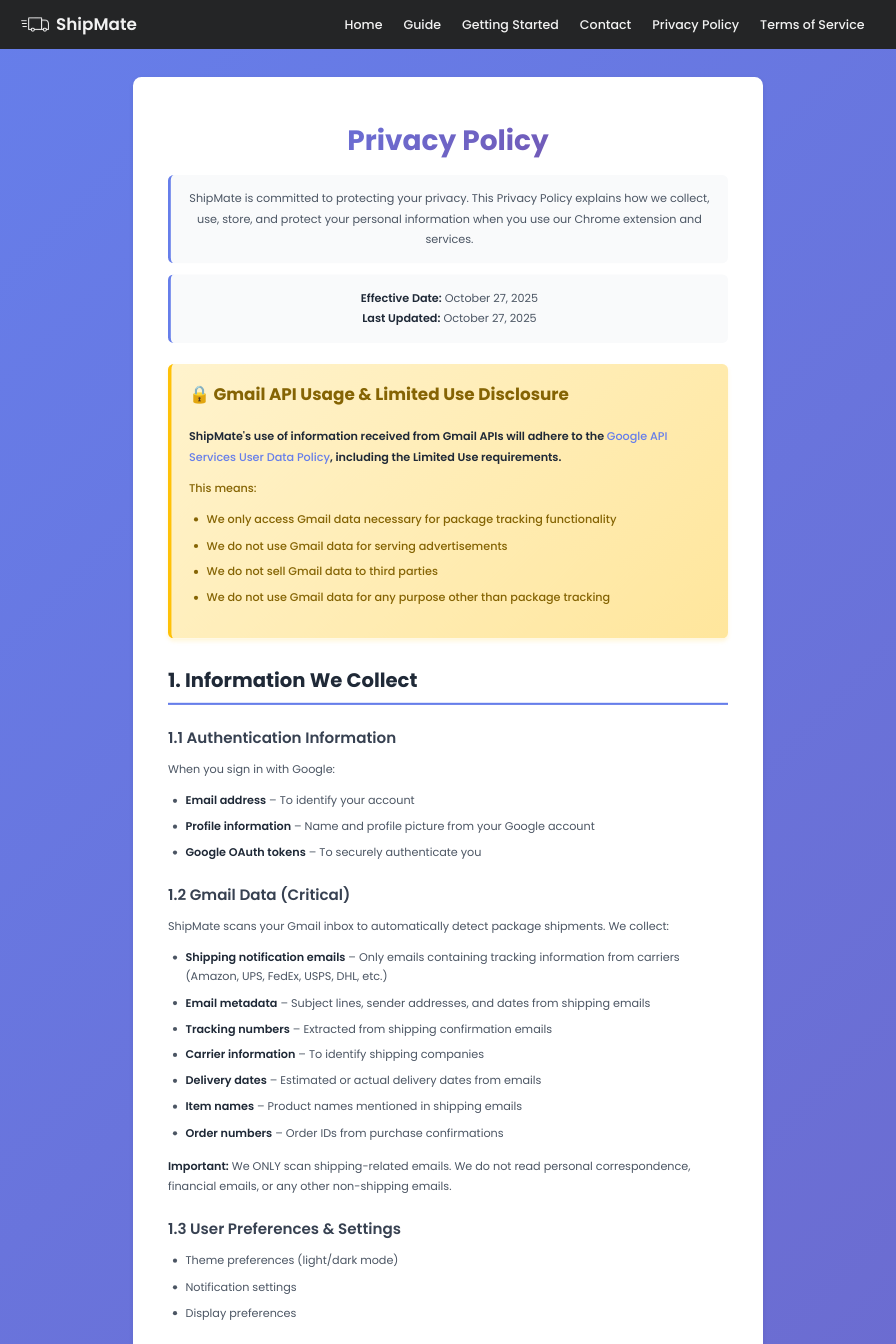
Repository: epeguero8311/shipmate-website
Page: privacy.html
These files come from the project's save history. The page is drawn as it stood at one moment and after the next save; the edit follows.
The browser window is 1280 px wide. The pictures show the part of the page from y = 0 to 1920 px (the page is 7901 px tall), at 70% of full size.

Above is the page before, as saved 2025-12-13 15:29:59.

### privacy.html
<!DOCTYPE html>
<html lang="en">
<head>
  <meta charset="UTF-8">
  <meta name="viewport" content="width=device-width, initial-scale=1.0">
  <title>ShipMate – Privacy Policy</title>
  <link rel="icon" href="assets/icons/icon.png" type="image/png" />
  <link href="https://fonts.googleapis.com/css2?family=Poppins:wght@200;300;400;500;600;700&display=swap" rel="stylesheet">
  <link rel="stylesheet" href="https://cdnjs.cloudflare.com/ajax/libs/font-awesome/5.15.3/css/all.min.css"/>
  <link rel="stylesheet" href="styles/styles.css">
  <style>
    /* Legal Page Specific Styles */
    .legal-content {
      max-width: 900px;
      margin: 40px auto;
      background: white;
      padding: 60px 50px;
      box-shadow: 0 2px 8px rgba(0, 0, 0, 0.08);
      border-radius: 12px;
    }

    .legal-content h1 {
      font-size: 2.5rem;
      font-weight: 700;
      color: #111827;
      margin-bottom: 20px;
      text-align: center;
      background: linear-gradient(135deg, #667eea 0%, #764ba2 100%);
      -webkit-background-clip: text;
      -webkit-text-fill-color: transparent;
      background-clip: text;
    }

    .legal-content h2 {
      font-size: 1.75rem;
      font-weight: 700;
      color: #1F2937;
      margin-top: 40px;
      margin-bottom: 20px;
      padding-bottom: 10px;
      border-bottom: 3px solid #667eea;
    }

    .legal-content h3 {
      font-size: 1.35rem;
      font-weight: 600;
      color: #374151;
      margin-top: 30px;
      margin-bottom: 15px;
    }

    .legal-content p {
      font-size: 1rem;
      color: #4B5563;
      margin-bottom: 16px;
      line-height: 1.8;
    }

    .legal-content ul,
    .legal-content ol {
      margin-left: 25px;
      margin-bottom: 20px;
      color: #4B5563;
    }

    .legal-content li {
      margin-bottom: 10px;
      line-height: 1.7;
    }

    .legal-content strong {
      color: #1F2937;
      font-weight: 600;
    }

    .intro {
      font-size: 1.1rem;
      color: #6B7280;
      text-align: center;
      margin-bottom: 30px;
      padding: 20px;
      background: #F9FAFB;
      border-radius: 8px;
      border-left: 4px solid #667eea;
    }

    section {
      margin-bottom: 40px;
    }

    .highlight {
      background: linear-gradient(135deg, #FFF3CD 0%, #FFE69C 100%);
      border-left: 5px solid #FFC107;
      padding: 25px;
      margin: 30px 0;
      border-radius: 8px;
      box-shadow: 0 4px 6px rgba(255, 193, 7, 0.15);
    }

    .highlight h2 {
      margin-top: 0;
      color: #856404;
      border-bottom: none;
      font-size: 1.5rem;
    }

    .highlight p,
    .highlight ul {
      color: #856404;
      font-weight: 500;
    }

    .highlight a {
      color: #667eea;
      font-weight: 600;
      text-decoration: underline;
    }

    .highlight a:hover {
      color: #5568d3;
    }

    .legal-content a {
      color: #667eea;
      text-decoration: none;
      font-weight: 500;
      transition: all 0.2s ease;
    }

    .legal-content a:hover {
      color: #764ba2;
      text-decoration: underline;
    }

    .last-updated {
      text-align: center;
      font-style: italic;
      color: #9CA3AF;
      font-size: 0.95rem;
      margin-top: 50px;
      padding-top: 30px;
      border-top: 2px solid #E5E7EB;
    }

    .legal-content ol {
      counter-reset: item;
      list-style-type: none;
      margin-left: 0;
      padding-left: 0;
    }

    .legal-content ol > li {
      counter-increment: item;
      padding-left: 35px;
      position: relative;
    }

    .legal-content ol > li:before {
      content: counter(item) ".";
      position: absolute;
      left: 0;
      top: 0;
      color: #667eea;
      font-weight: 700;
      font-size: 1.1rem;
    }

    @media (max-width: 768px) {
      .legal-content {
        padding: 40px 25px;
        margin: 20px 15px;
      }

      .legal-content h1 {
        font-size: 2rem;
      }

      .legal-content h2 {
        font-size: 1.5rem;
      }

      .legal-content h3 {
        font-size: 1.2rem;
      }
    }

    @media (max-width: 480px) {
      .legal-content {
        padding: 30px 20px;
        margin: 15px 10px;
      }

      .legal-content h1 {
        font-size: 1.75rem;
      }

      .legal-content h2 {
        font-size: 1.35rem;
      }

      .legal-content h3 {
        font-size: 1.1rem;
      }

      .legal-content p,
      .legal-content li {
        font-size: 0.95rem;
      }

      .intro {
        font-size: 1rem;
        padding: 15px;
      }

      .highlight {
        padding: 20px;
      }
    }
  </style>
</head>
<body>

  <!-- NAVIGATION -->
  <nav>
    <div class="wrapper">
      <div class="logo">
        <a href="index.html">
          <img src="assets/icons/icon.png" alt="ShipMate Logo" class="nav-logo-img" />
          ShipMate
        </a>
      </div>
      <input type="radio" name="slider" id="menu-btn">
      <input type="radio" name="slider" id="close-btn">
      <ul class="nav-links">
        <label for="close-btn" class="btn close-btn"><i class="fas fa-times"></i></label>
        <li><a href="index.html">Home</a></li>
        <li><a href="gmail-package-tracker.html">Guide</a></li>
        <li><a href="help.html">Getting Started</a></li>
        <li><a href="contact.html">Contact</a></li>
        <li><a href="privacy.html">Privacy Policy</a></li>
        <li><a href="terms.html">Terms of Service</a></li>
      </ul>
      <label for="menu-btn" class="btn menu-btn"><i class="fas fa-bars"></i></label>
    </div>
  </nav>

  <main class="legal-content">
    <h1>Privacy Policy</h1>
    <p class="intro">
      ShipMate is committed to protecting your privacy. This Privacy Policy explains how we collect, use, store, and protect your personal information when you use our Chrome extension and services.
    </p>
    <p class="intro">
      <strong>Effective Date:</strong> October 27, 2025<br>
      <strong>Last Updated:</strong> October 27, 2025
    </p>

    <!-- CRITICAL: Gmail API Disclosure -->
    <section class="highlight">
      <h2>🔒 Gmail API Usage & Limited Use Disclosure</h2>
      <p><strong>ShipMate's use of information received from Gmail APIs will adhere to the <a href="https://developers.google.com/terms/api-services-user-data-policy" target="_blank">Google API Services User Data Policy</a>, including the Limited Use requirements.</strong></p>
      <p>This means:</p>
      <ul>
        <li>We only access Gmail data necessary for package tracking functionality</li>
        <li>We do not use Gmail data for serving advertisements</li>
        <li>We do not sell Gmail data to third parties</li>
        <li>We do not use Gmail data for any purpose other than package tracking</li>
      </ul>
    </section>

    <section>
      <h2>1. Information We Collect</h2>

      <h3>1.1 Authentication Information</h3>
      <p>When you sign in with Google:</p>
      <ul>
        <li><strong>Email address</strong> – To identify your account</li>
        <li><strong>Profile information</strong> – Name and profile picture from your Google account</li>
        <li><strong>Google OAuth tokens</strong> – To securely authenticate you</li>
      </ul>

      <h3>1.2 Gmail Data (Critical)</h3>
      <p>ShipMate scans your Gmail inbox to automatically detect package shipments. We collect:</p>
      <ul>
        <li><strong>Shipping notification emails</strong> – Only emails containing tracking information from carriers (Amazon, UPS, FedEx, USPS, DHL, etc.)</li>
        <li><strong>Email metadata</strong> – Subject lines, sender addresses, and dates from shipping emails</li>
        <li><strong>Tracking numbers</strong> – Extracted from shipping confirmation emails</li>
        <li><strong>Carrier information</strong> – To identify shipping companies</li>
        <li><strong>Delivery dates</strong> – Estimated or actual delivery dates from emails</li>
        <li><strong>Item names</strong> – Product names mentioned in shipping emails</li>
        <li><strong>Order numbers</strong> – Order IDs from purchase confirmations</li>
      </ul>
      <p><strong>Important:</strong> We ONLY scan shipping-related emails. We do not read personal correspondence, financial emails, or any other non-shipping emails.</p>

      <h3>1.3 User Preferences & Settings</h3>
      <ul>
        <li>Theme preferences (light/dark mode)</li>
        <li>Notification settings</li>
        <li>Display preferences</li>
      </ul>

      <h3>1.4 Payment Information</h3>
      <p>When you subscribe to ShipMate Pro:</p>
      <ul>
        <li><strong>Stripe processes all payments</strong> – We never store your credit card information</li>
        <li><strong>Subscription status</strong> – Active, canceled, or expired</li>
        <li><strong>Billing email</strong> – For receipts and subscription management</li>
      </ul>

      <h3>1.5 Usage Analytics (Non-Personal)</h3>
      <ul>
        <li>Feature usage statistics (e.g., number of packages tracked)</li>
        <li>Error logs and crash reports</li>
        <li>Performance metrics</li>
      </ul>
      <p><strong>Note:</strong> Analytics data is anonymized and cannot be linked to individual users.</p>
    </section>

    <section>
      <h2>2. How We Use Your Information</h2>
      <p>We use your information solely to provide and improve ShipMate services:</p>

      <h3>2.1 Package Tracking</h3>
      <ul>
        <li>Scan Gmail for shipping notifications</li>
        <li>Extract tracking numbers and delivery information</li>
        <li>Display package status in the extension</li>
        <li>Send delivery notifications</li>
      </ul>

      <h3>2.2 AI-Powered Analysis</h3>
      <ul>
        <li>Use Anthropic Claude AI to analyze shipping emails and extract package information</li>
        <li>Email content is processed securely and is not stored by Anthropic</li>
        <li>Only shipping-related information is extracted</li>
      </ul>

      <h3>2.3 Account Management</h3>
      <ul>
        <li>Authenticate your Google account</li>
        <li>Manage your subscription status</li>
        <li>Store your preferences and settings</li>
      </ul>

      <h3>2.4 Service Improvement</h3>
      <ul>
        <li>Analyze anonymized usage patterns to improve features</li>
        <li>Debug errors and improve reliability</li>
        <li>Develop new features based on user needs</li>
      </ul>
    </section>

    <section>
      <h2>3. Third-Party Services</h2>
      <p>ShipMate uses the following third-party services to operate:</p>

      <h3>3.1 Google Gmail API</h3>
      <ul>
        <li><strong>Purpose:</strong> Access shipping emails in your inbox</li>
        <li><strong>Data shared:</strong> Gmail emails matching shipping keywords</li>
        <li><strong>Privacy policy:</strong> <a href="https://policies.google.com/privacy" target="_blank">Google Privacy Policy</a></li>
      </ul>

      <h3>3.2 Firebase (Google)</h3>
      <ul>
        <li><strong>Purpose:</strong> Authentication and database storage</li>
        <li><strong>Data shared:</strong> Email address, profile info, package data, settings</li>
        <li><strong>Privacy policy:</strong> <a href="https://firebase.google.com/support/privacy" target="_blank">Firebase Privacy Policy</a></li>
      </ul>

      <h3>3.3 Stripe</h3>
      <ul>
        <li><strong>Purpose:</strong> Payment processing for subscriptions</li>
        <li><strong>Data shared:</strong> Billing email, subscription status (NO credit card data is shared with us)</li>
        <li><strong>Privacy policy:</strong> <a href="https://stripe.com/privacy" target="_blank">Stripe Privacy Policy</a></li>
      </ul>

      <h3>3.4 Anthropic Claude AI</h3>
      <ul>
        <li><strong>Purpose:</strong> AI analysis of shipping emails to extract package information</li>
        <li><strong>Data shared:</strong> Shipping email content (temporarily, not stored)</li>
        <li><strong>Privacy policy:</strong> <a href="https://www.anthropic.com/privacy" target="_blank">Anthropic Privacy Policy</a></li>
      </ul>
    </section>

    <section>
      <h2>4. Data Storage & Security</h2>

      <h3>4.1 Where We Store Your Data</h3>
      <ul>
        <li><strong>Firebase Firestore:</strong> Package tracking data, user preferences, subscription status</li>
        <li><strong>Chrome Local Storage:</strong> Extension settings and cached data</li>
        <li><strong>Secure backend server:</strong> Temporary processing of email analysis</li>
      </ul>

      <h3>4.2 Security Measures</h3>
      <ul>
        <li>All data transmission uses HTTPS/TLS encryption</li>
        <li>Firebase Authentication for secure login</li>
        <li>API tokens are securely stored and never exposed</li>
        <li>Regular security audits and updates</li>
      </ul>

      <h3>4.3 Data Retention</h3>
      <ul>
        <li><strong>Package data:</strong> Kept for 30 days after delivery (or longer if you save it)</li>
        <li><strong>Account data:</strong> Retained while your account is active</li>
        <li><strong>Temporary email analysis:</strong> Deleted immediately after processing</li>
        <li><strong>Logs:</strong> Kept for 90 days for debugging purposes</li>
      </ul>
    </section>

    <section>
      <h2>5. What We Don't Do With Your Data</h2>
      <ul>
        <li>❌ We do NOT sell your data to anyone</li>
        <li>❌ We do NOT use Gmail data for advertising</li>
        <li>❌ We do NOT read non-shipping emails</li>
        <li>❌ We do NOT share your data with marketers</li>
        <li>❌ We do NOT store your credit card information</li>
        <li>❌ We do NOT use your data for purposes other than package tracking</li>
      </ul>
    </section>

    <section>
      <h2>6. Your Rights & Control</h2>

      <h3>6.1 Revoke Gmail Access</h3>
      <p>You can revoke ShipMate's access to your Gmail at any time:</p>
      <ol>
        <li>Go to <a href="https://myaccount.google.com/permissions" target="_blank">Google Account Permissions</a></li>
        <li>Find "ShipMate" in the list</li>
        <li>Click "Remove Access"</li>
      </ol>

      <h3>6.2 Delete Your Data</h3>
      <p>You can request complete deletion of your data:</p>
      <ul>
        <li><strong>In-app:</strong> Settings → Account → Delete Account</li>
        <li><strong>By email:</strong> Contact <a href="mailto:shipmateextension@gmail.com">shipmateextension@gmail.com</a></li>
      </ul>
      <p>We will delete all your data within 30 days of your request.</p>

      <h3>6.3 Export Your Data</h3>
      <p>Request a copy of your data by emailing <a href="mailto:shipmateextension@gmail.com">shipmateextension@gmail.com</a>. We will provide your data in a portable format within 30 days.</p>

      <h3>6.4 Manage Notifications</h3>
      <p>Control notification preferences in Settings → Notifications within the extension.</p>

      <h3>6.5 Opt Out of Analytics</h3>
      <p>Contact us to opt out of anonymized analytics data collection.</p>
    </section>

    <section>
      <h2>7. Cookies & Local Storage</h2>
      <p>ShipMate uses browser local storage to:</p>
      <ul>
        <li>Remember your login session</li>
        <li>Save your theme and display preferences</li>
        <li>Cache recent package data for faster loading</li>
      </ul>
      <p>You can clear this data anytime through Chrome settings or by uninstalling the extension.</p>
    </section>

    <section>
      <h2>8. Children's Privacy</h2>
      <p>ShipMate is not intended for users under 13 years of age. We do not knowingly collect personal information from children. If you believe we have collected information from a child, please contact us immediately.</p>
    </section>

    <section>
      <h2>9. International Users</h2>
      <p>ShipMate is operated from the United States. If you are accessing our service from outside the U.S., your information may be transferred to, stored, and processed in the U.S. By using ShipMate, you consent to this transfer.</p>
    </section>

    <section>
      <h2>10. Changes to This Privacy Policy</h2>
      <p>We may update this Privacy Policy from time to time. When we make changes:</p>
      <ul>
        <li>We will update the "Last Updated" date at the top</li>
        <li>Significant changes will be announced in the extension</li>
        <li>Continued use after changes constitutes acceptance</li>
      </ul>
      <p>We encourage you to review this policy periodically.</p>
    </section>

    <section>
      <h2>11. Contact Us</h2>
      <p>If you have questions about this Privacy Policy or how we handle your data:</p>
      <ul>
        <li><strong>Email:</strong> <a href="mailto:shipmateextension@gmail.com">shipmateextension@gmail.com</a></li>
        <li><strong>Website:</strong> <a href="index.html">shipmatetracker.com</a></li>
      </ul>
    </section>

    <section>
      <h2>12. Legal Compliance</h2>
      <p>ShipMate complies with applicable data protection laws including:</p>
      <ul>
        <li>Google API Services User Data Policy</li>
        <li>Chrome Web Store Developer Program Policies</li>
        <li>California Consumer Privacy Act (CCPA) - if applicable</li>
        <li>General Data Protection Regulation (GDPR) - if applicable</li>
      </ul>
    </section>

    <p class="last-updated"><em>Last Updated: October 27, 2025</em></p>
  </main>

  <footer class="footer">
    <div class="footer-container">
      <p>
        &copy; 2025 ShipMate. All rights reserved. |
        <a href="terms.html" class="link">Terms</a> |
        <a href="privacy.html" class="link">Privacy</a> |
        <a href="help.html" class="link">Help</a> |
        Contact: shipmateextension@gmail.com
      </p>
    </div>
  </footer>

  <!-- Theme Detection Script -->
  <script src="theme-handler.js"></script>

</body>
</html>

Loaded but not shown: theme-handler.js (48 lines, source omitted); styles/styles.css (439 lines, source omitted)

After the next save:
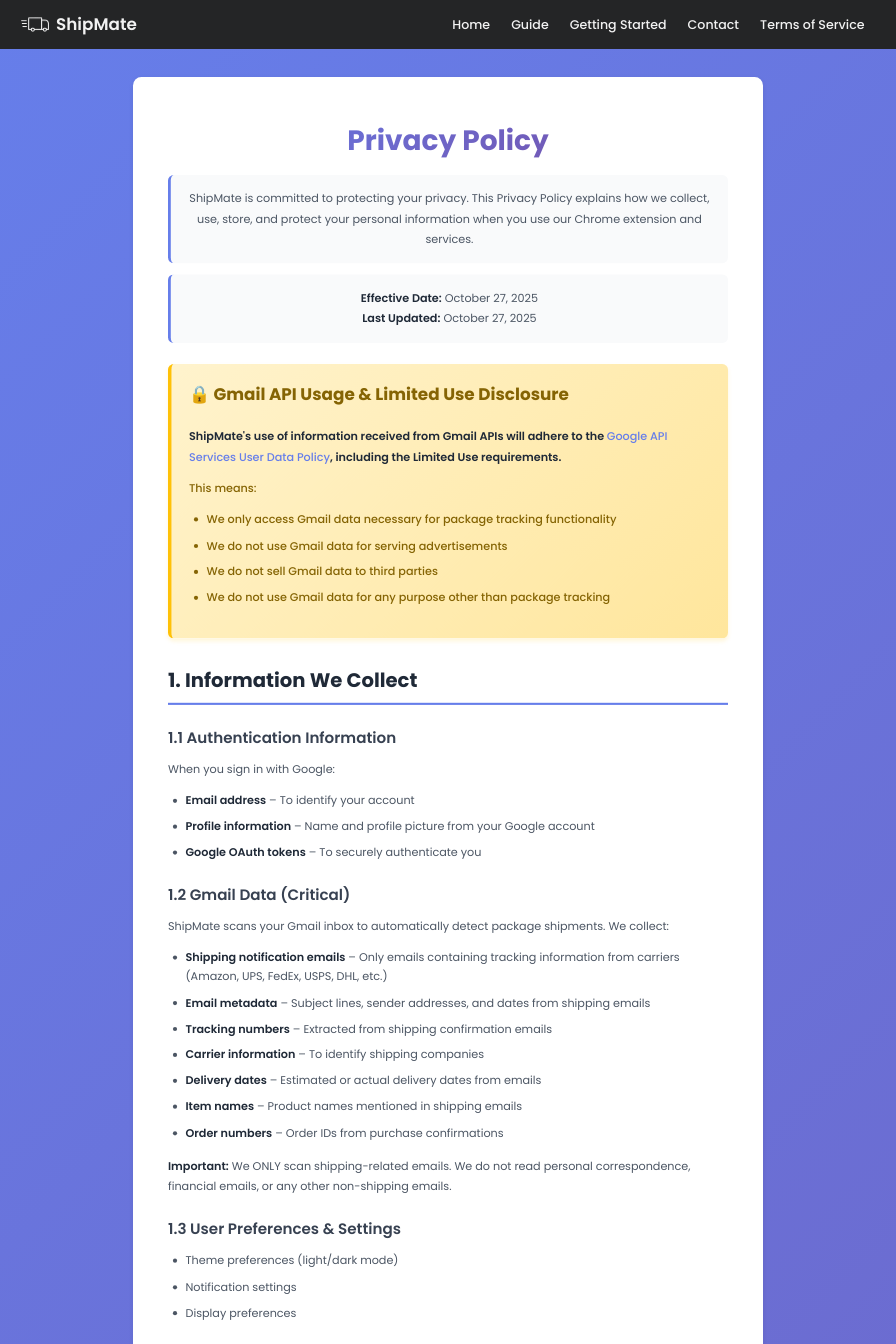
Saved 58 s later.
--- a/privacy.html
+++ b/privacy.html
@@ -237,7 +237,6 @@
         <li><a href="gmail-package-tracker.html">Guide</a></li>
         <li><a href="help.html">Getting Started</a></li>
         <li><a href="contact.html">Contact</a></li>
-        <li><a href="privacy.html">Privacy Policy</a></li>
         <li><a href="terms.html">Terms of Service</a></li>
       </ul>
       <label for="menu-btn" class="btn menu-btn"><i class="fas fa-bars"></i></label>
